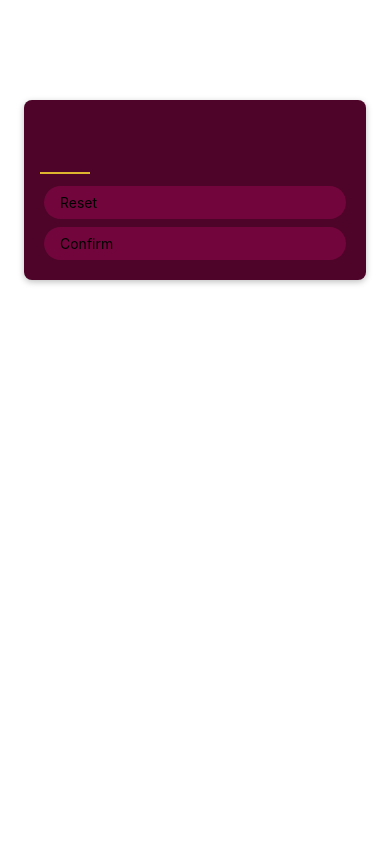
Repository: GarlicButterBoy/Number-Guessing-Game
Screen: /
An editor plug-in stored every save of this project. The screen is shown before and after the next save, followed by the edit.
The app was drawn by React Native's web renderer in a window 390 px wide. The project was rebuilt for these pictures with package versions that can differ from the ones it lists, and the page was loaded fresh each time.

Above is the screen before, as saved 2024-05-03 09:01:52.

### App.js
import { StyleSheet, Text, View } from "react-native";
import StartGameScreen from "./screens/StartGameScreen";

export default function App() {
  return <StartGameScreen />;
}

const styles = StyleSheet.create({
  container: {
    flex: 1,
    backgroundColor: "#fff",
    alignItems: "center",
    justifyContent: "center",
  },
});

### screens/StartGameScreen.js
import { View, TextInput, StyleSheet } from "react-native";
import PrimaryButton from "../components/PrimaryButton";

function StartGameScreen() {
  return (
    <View style={styles.inputContainer}>
      <TextInput
        style={styles.numberInput}
        maxLength={2}
        keyboardType="number-pad"
        autoCapitalize="none"
        autoCorrect={false}
      ></TextInput>
      <PrimaryButton>Reset</PrimaryButton>
      <PrimaryButton>Confirm</PrimaryButton>
    </View>
  );
}

export default StartGameScreen;

const styles = StyleSheet.create({
  inputContainer: {
    padding: 16,
    marginTop: 100,
    marginHorizontal: 24,
    borderRadius: 8,
    backgroundColor: "#4e0329",
    elevation: 6,
    shadowColor: "black",
    shadowOffset: { width: 0, height: 2 },
    shadowRadius: 6,
    shadowOpacity: 0.25,
  },
  numberInput: {
    height: 50,
    width: 50,
    fontSize: 32,
    borderBottomColor: "#ddb52f",
    borderBottomWidth: 2,
    color: "#ddb52f",
    marginVertical: 8,
    fontWeight: "bold",
    textAlign: "center",
  },
});

### components/PrimaryButton.js
import { View, Text, Pressable, StyleSheet } from "react-native";

function PrimaryButton({ children }) {
  function pressHandler() {
    console.log("Pressed!");
  }
  return (
    <Pressable onPress={pressHandler}>
      <View style={styles.buttonContainer}>
        <Text style={styles.buttonText}>{children}</Text>
      </View>
    </Pressable>
  );
}

export default PrimaryButton;

const styles = StyleSheet.create({
  buttonContainer: {
    backgroundColor: "#72063c",
    borderRadius: 28,
    paddingVertical: 8,
    paddingHorizontal: 16,
    margin: 4,
    elevation: 2,
  },
  buttonText: {},
});

After the next save:
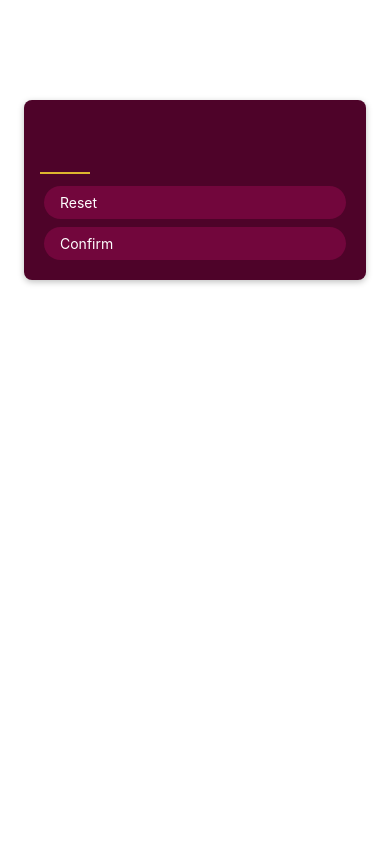
Saved 9 s later.
--- a/components/PrimaryButton.js
+++ b/components/PrimaryButton.js
@@ -24,5 +24,7 @@ const styles = StyleSheet.create({
     margin: 4,
     elevation: 2,
   },
-  buttonText: {},
+    buttonText: {
+        color: 'white',
+    },
 });
